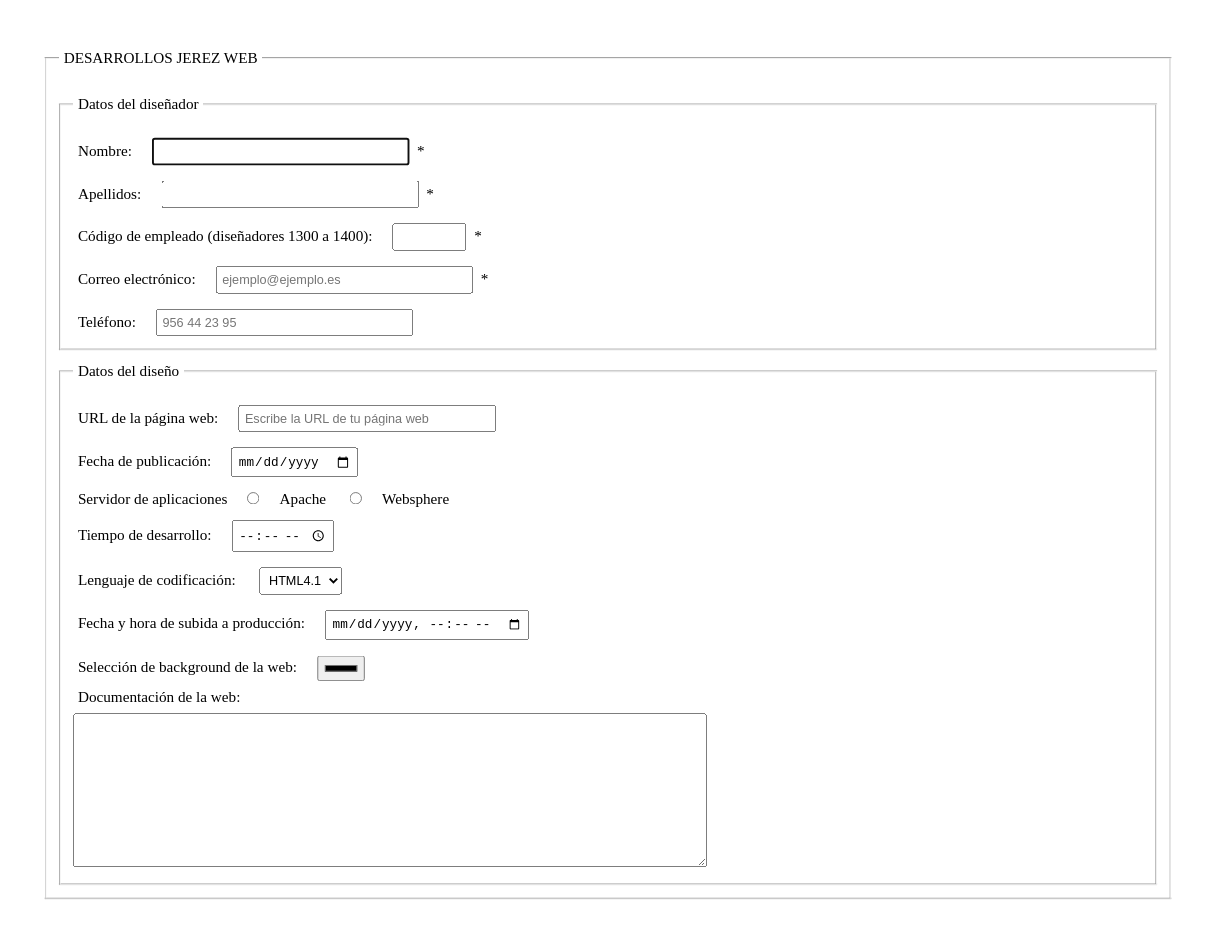
Repository: iSaan86/EV_Practica_FormularioCSS
Page: index.html
An editor plug-in stored every save of this project. The page is shown before and after the next save, followed by the edit.
The browser window is 1280 px wide. The pictures show the whole page, at 95% of full size.

Above is the page before, as saved 2024-01-11 17:13:49.

After the next save:
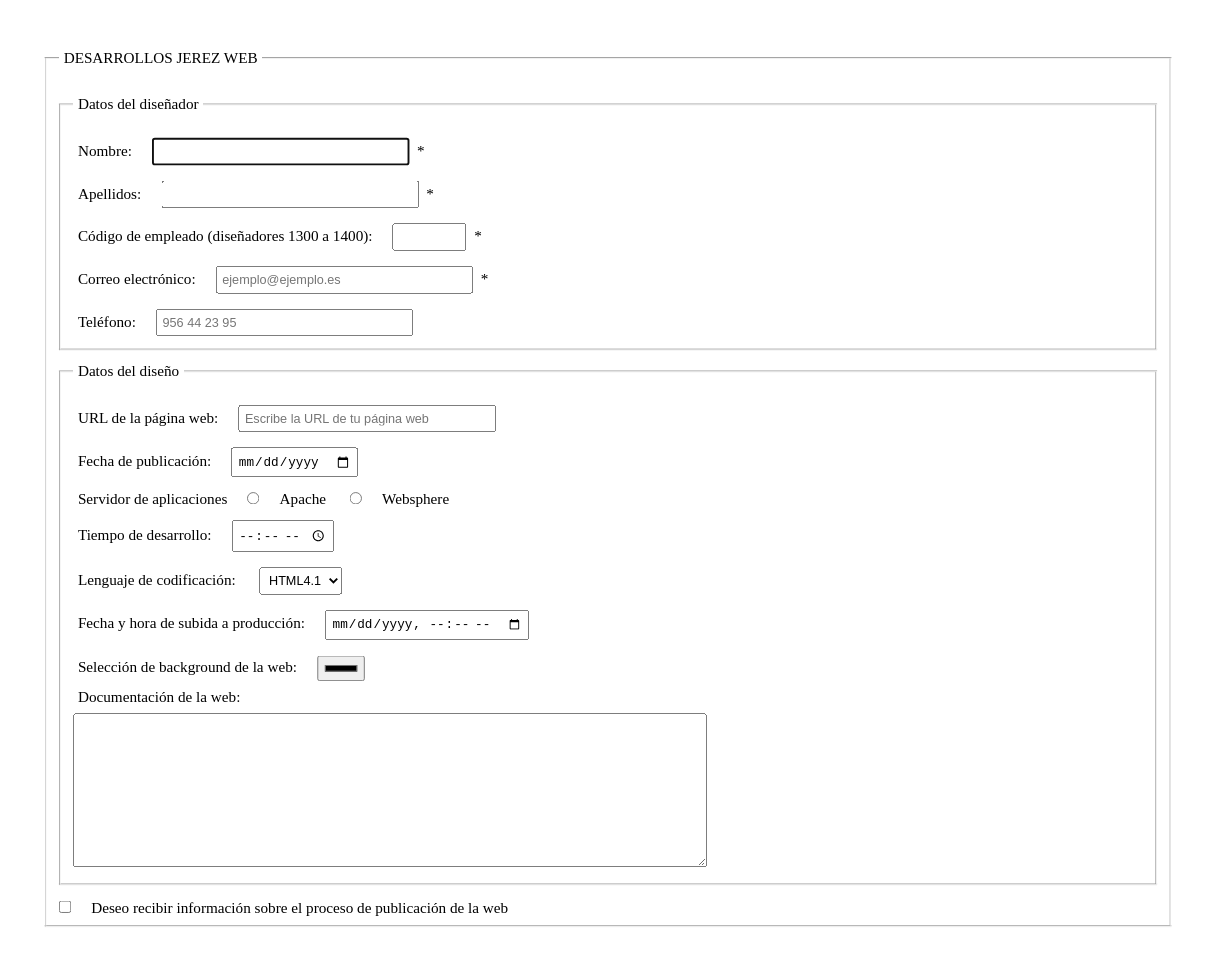
Saved 2 min 31 s later.
--- a/index.html
+++ b/index.html
@@ -42,6 +42,9 @@
                 <label for="areatexto">Documentación de la web:</label><br>
                 <textarea name="areatexto" cols="80" rows="10"></textarea>
             </fieldset>
+            <input type="checkbox" name="acepto1" id="acepto1" alt="Check acepto"><label for="acepto1">Deseo recibir información sobre el proceso de publicación de la web</label>
+
+
         </fieldset>
     </form>
 
